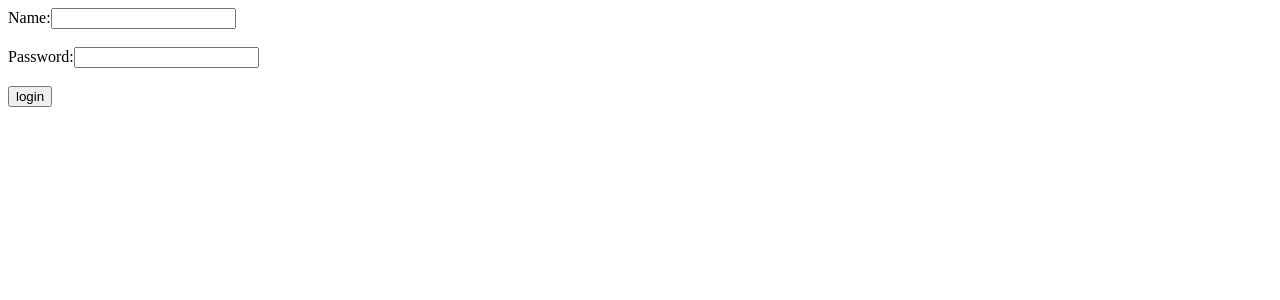
Repository: likhitha99/SpringFramework
Page: http://localhost/Assignment4/
The author's editor kept a copy of each file at every save. The page is drawn from the files as they stood at one save, then again after the next save.
The browser window is 1280 px wide. The pictures show the whole page.
The page is served by Tomcat 9.

Above is the page before, as saved 2020-11-10 18:47:00.

After the next save:
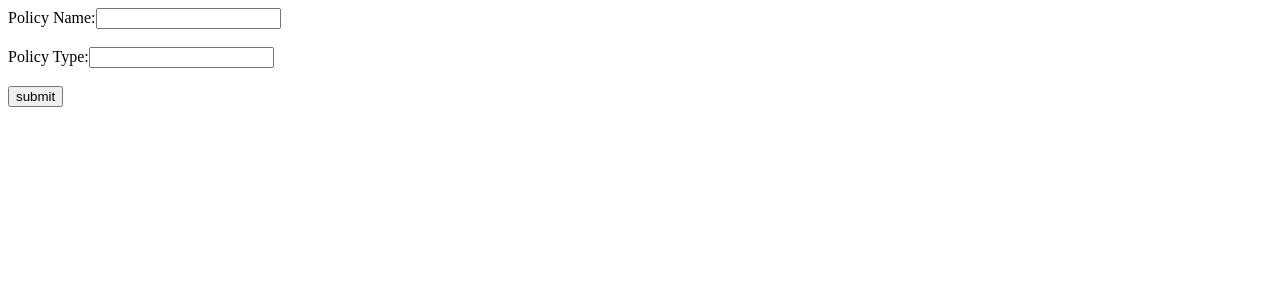
Saved 13 min 14 s later.
--- a/Spring MVC/Assignment4/WebContent/index.jsp
+++ b/Spring MVC/Assignment4/WebContent/index.jsp
@@ -1,5 +1,5 @@
-<form action="login" method="get">
-Name:<input type="text" name="name"/><br/><br/>
-Password:<input type="password" name="password"/><br/><br/>
-<input type="submit" value="login"/>
+<form action="submit" method="get">
+Policy Name:<input type="text" name="name"/><br/><br/>
+Policy Type:<input type="text" name="type"/><br/><br/>
+<input type="submit" value="submit"/>
 </form>
